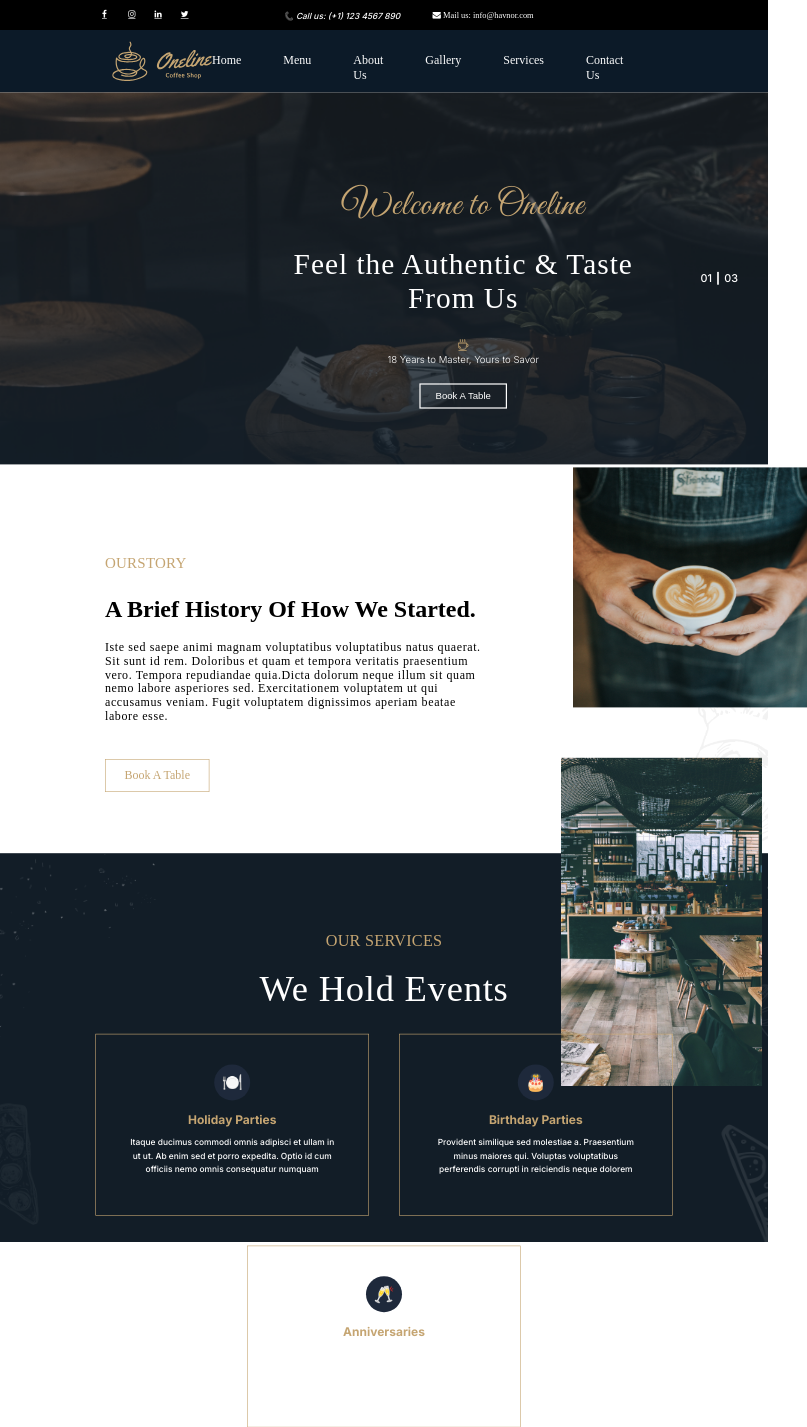
Repository: abhayzulasana/Online-Coffee-Shop
Page: index.html
The author's editor kept a copy of each file at every save. The page is drawn from the files as they stood at one save, then again after the next save.
The browser window is 1280 px wide. The page is 1345 px wide, so the pictures cover 1345 px, including what lies to the right of the window. The pictures show the whole page, at 60% of full size.

Above is the page before, as saved 2025-05-21 17:35:33.

After the next save:
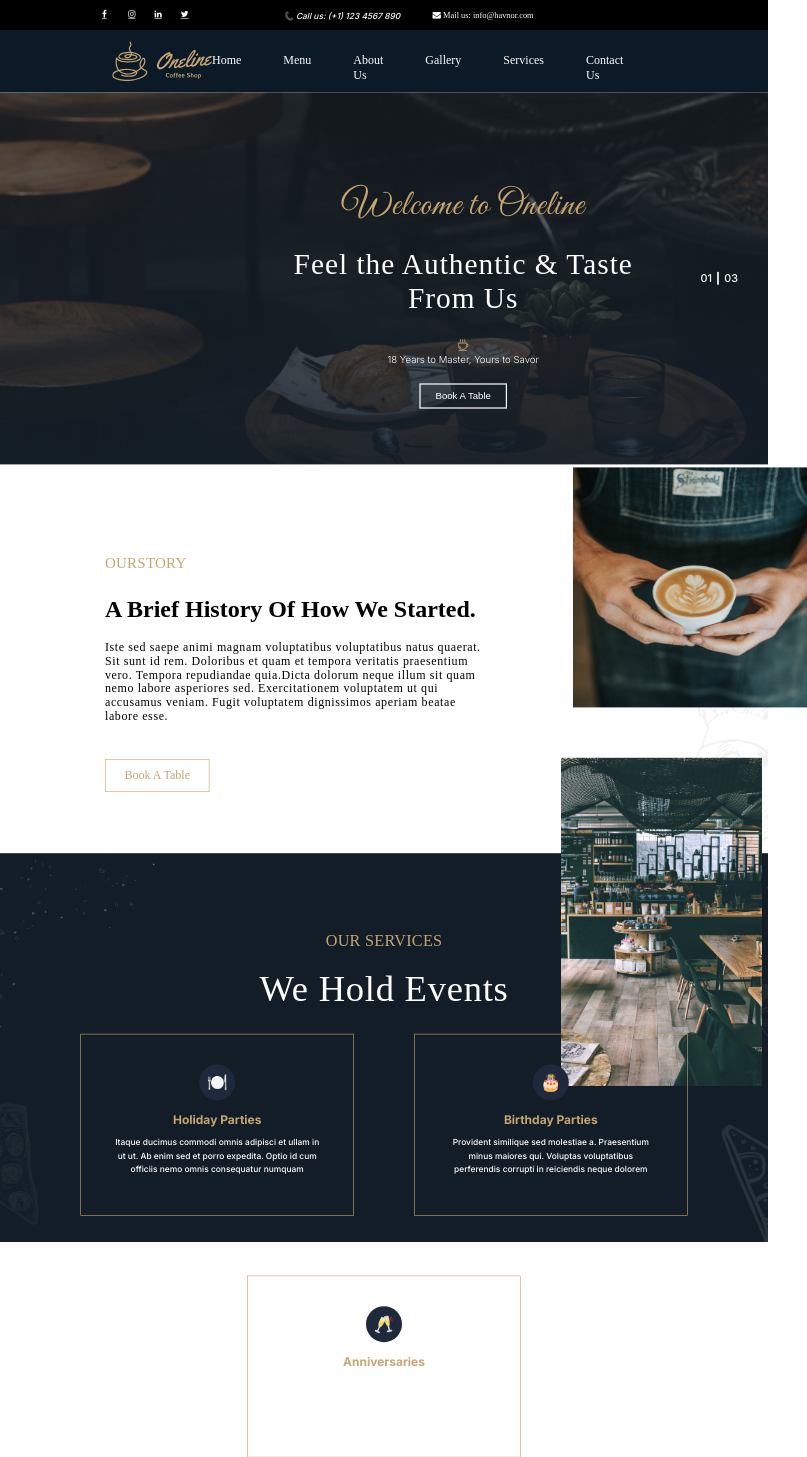
Saved 102 s later.
--- a/style.css
+++ b/style.css
@@ -306,7 +306,7 @@ h1{
   display: flex;
   flex-wrap: wrap;
   justify-content: center;
-  gap: 50px;
+  gap: 100px;
 }
 
 .card {
